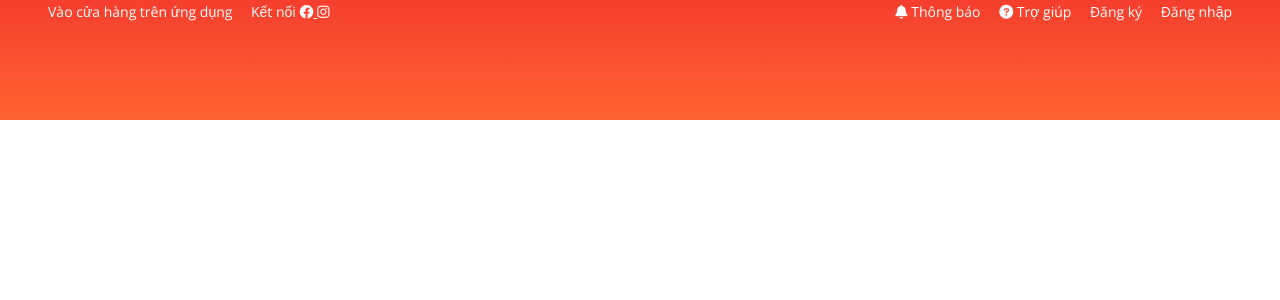
Repository: trongtamdev/Clone-Shopee-Page
Page: index.html
These files come from the project's save history. The page is drawn as it stood at one moment and after the next save; the edit follows.
The browser window is 1280 px wide. The pictures show the whole page.

Above is the page before, as saved 2022-07-06 14:05:10.

### index.html
<!DOCTYPE html>
<html lang="en">

<head>
    <meta charset="UTF-8">
    <meta http-equiv="X-UA-Compatible" content="IE=edge">
    <meta name="viewport" content="width=device-width, initial-scale=1.0">
    <title>Document</title>
    <link rel="stylesheet" href="https://cdnjs.cloudflare.com/ajax/libs/normalize/8.0.1/normalize.min.css">
    <link rel="stylesheet" href="assets/css/base.css">
    <link rel="stylesheet" href="assets/css/main.css">
    <link rel="stylesheet" href="assets/fonts/fontawesome-free-6.1.1/css/all.min.css">
    <link href="https://fonts.googleapis.com/css2?family=Open+Sans:wght@300;400;500;700&display=swap" rel="stylesheet">
</head>
    <div class="app">
        <header class="header">
            <div class="grid">
                <nav class="header__navbar">
                    <ul class="header__navbar-list">
                        <li class="header__navbar-item">
                            Vào cửa hàng trên ứng dụng
                        </li>
                        <li class="header__navbar-item">
                            Kết nối
                            <a href="" class="header__navbar-icon-link">
                                <i class="header__navbar-icon fa-brands fa-facebook"></i>
                            </a>
                            <a href="" class="header__navbar-icon-link">
                                <i class="header__navbar-icon fa-brands fa-instagram"></i>
                            </a>
                        </li>
                    </ul>

                    <ul class="header__navbar-list">
                        <li class="header__navbar-item">
                            <a href="" class="header__navbar-item-link">
                                <i class="header__navbar-icon fa-solid fa-bell"></i>
                                Thông báo</a>
                        </li>

                        <li class="header__navbar-item">
                            <a href="" class="header__navbar-item-link">
                                <i class="header__navbar-icon fa-solid fa-circle-question"></i>
                                Trợ giúp</a>
                        </li>

                        <li class="header__navbar-item header__navbar-item--strong">Đăng ký</li>
                        <li class="header__navbar-item header__navbar-item--strong">Đăng nhập</li>
                    </ul>
                </nav>
            </div>

        </header>

        <div class="container">

        </div>

        <footer class="footer">

        </footer>
    </div>

<body>

</body>

</html>

### assets/css/base.css
:root {
    --white-color :#fff;
    --back-color :#000;
    --text-color : #333;
}

*{
    box-sizing: inherit;
}

html {
    font-size: 62.5%;
    line-height: 1.6rem;
    font-family: 'Open Sans', sans-serif;;
    box-sizing: border-box;
}

.grid {
    width: 1200px;
    max-width: 100%;
    margin: 0 auto;
}

.grid__full-width {
    width: 100%;
}

.grid__row {
    display: flex;
    flex-wrap: wrap
}

### assets/css/main.css
.header {
    height: 120px;
    background-image: linear-gradient(0, #fe6433, #f53e2d);
}

.header__navbar {
    display: flex;
    justify-content: space-between;
}

.header__navbar-list {
    list-style: none;
    padding: 0;
    margin-top: 4px;
}

.header__navbar-item {
    margin: 0 8px;
}

.header__navbar-item,
.header__navbar-item-link{
    display: inline-block;
    font-size: 1.4rem;
    color :var(--white-color);
    text-decoration: none;
    font-weight: 300;
}

.header__navbar-item:hover,
.header__navbar-item-link:hover{
    cursor: pointer;
    color: rgba(255, 255, 255, 0.7);
}

.header__navbar-item--strong {
    font-weight: 400;
}

.header__navbar-icon-link {
    color: var(--white-color);
    text-transform: none;
}

Loaded but not shown: assets/fonts/fontawesome-free-6.1.1/css/all.min.css (library)

After the next save:
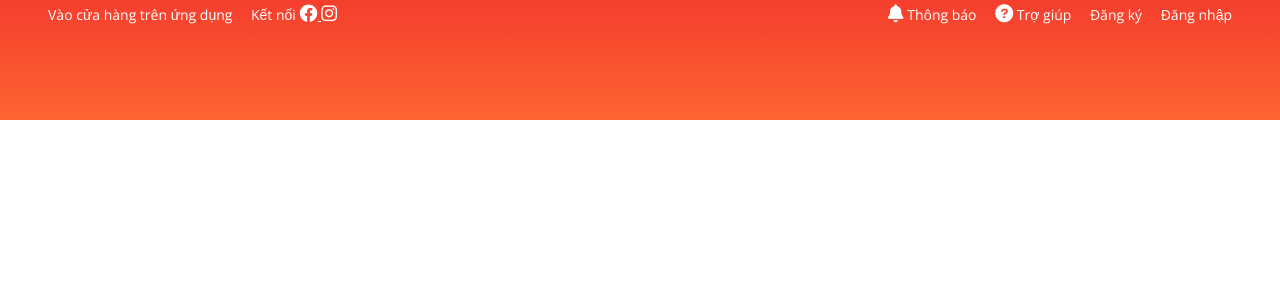
Saved 30 s later.
--- a/assets/css/main.css
+++ b/assets/css/main.css
@@ -41,3 +41,7 @@
     color: var(--white-color);
     text-transform: none;
 }
+
+.header__navbar-icon {
+    font-size: 1.8rem;
+}
